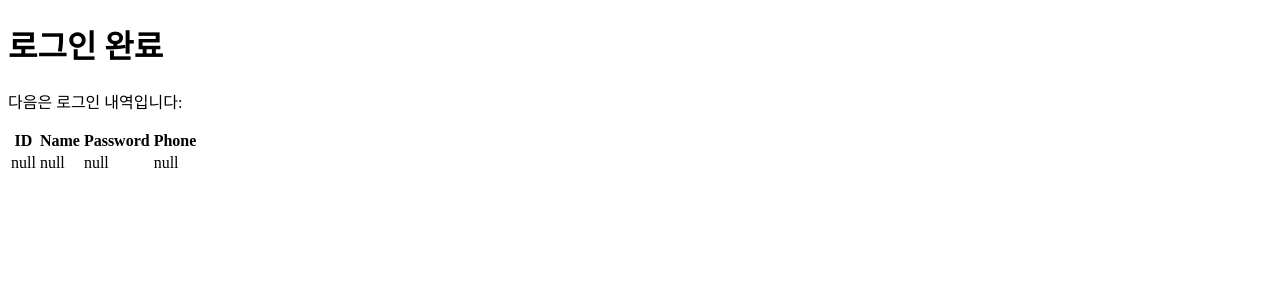
Repository: i-kemen/jsp
Page: http://localhost/WebTest/loginResult.jsp
These files come from the project's save history. The page is drawn as it stood at one moment and after the next save; the edit follows.
The browser window is 1280 px wide. The pictures show the whole page.
The page is served by Tomcat 10. Other server files are loaded and not shown.

Above is the page before, as saved 2023-06-22 10:25:22.

### WebTest/src/main/webapp/loginResult.jsp
<%@ page language="java" contentType="text/html; charset=UTF-8" pageEncoding="UTF-8" %>
<!DOCTYPE html>
<html>
<head>
    <meta charset="UTF-8">
    <title>로그인 완료</title>
</head>
<body>
    <h1>로그인 완료</h1>
    <p>다음은 로그인 내역입니다:</p>
    <table>
        <tr>
            <th>ID</th>
            <th>Name</th>
            <th>Password</th>
            <th>Phone</th>
        </tr>
        <tr>
            <td><%= request.getParameter("id") %></td>
            <td><%= request.getParameter("name") %></td>
            <td><%= request.getParameter("password") %></td>
            <td><%= request.getParameter("phone") %></td>
        </tr>
    </table>



</body>
</html>

After the next save:
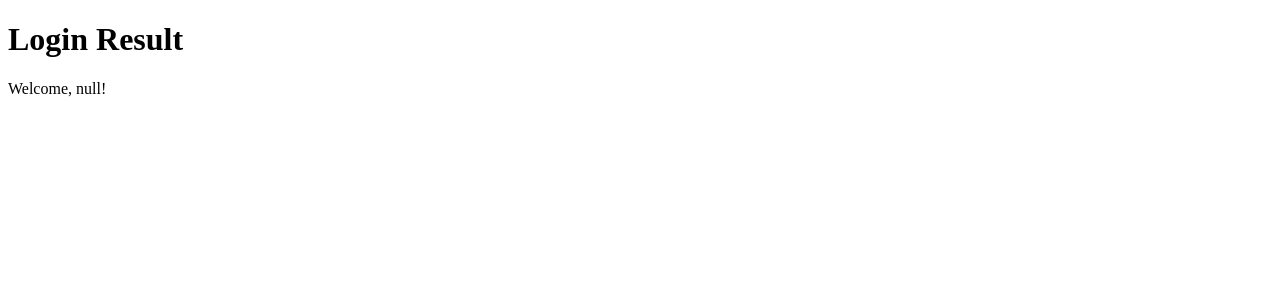
Saved 4 s later.
--- a/WebTest/src/main/webapp/loginResult.jsp
+++ b/WebTest/src/main/webapp/loginResult.jsp
@@ -3,27 +3,10 @@
 <html>
 <head>
     <meta charset="UTF-8">
-    <title>로그인 완료</title>
+    <title>Login Result</title>
 </head>
 <body>
-    <h1>로그인 완료</h1>
-    <p>다음은 로그인 내역입니다:</p>
-    <table>
-        <tr>
-            <th>ID</th>
-            <th>Name</th>
-            <th>Password</th>
-            <th>Phone</th>
-        </tr>
-        <tr>
-            <td><%= request.getParameter("id") %></td>
-            <td><%= request.getParameter("name") %></td>
-            <td><%= request.getParameter("password") %></td>
-            <td><%= request.getParameter("phone") %></td>
-        </tr>
-    </table>
-
-
-
+    <h1>Login Result</h1>
+    <p>Welcome, <%= session.getAttribute("id") %>!</p>
 </body>
 </html>
